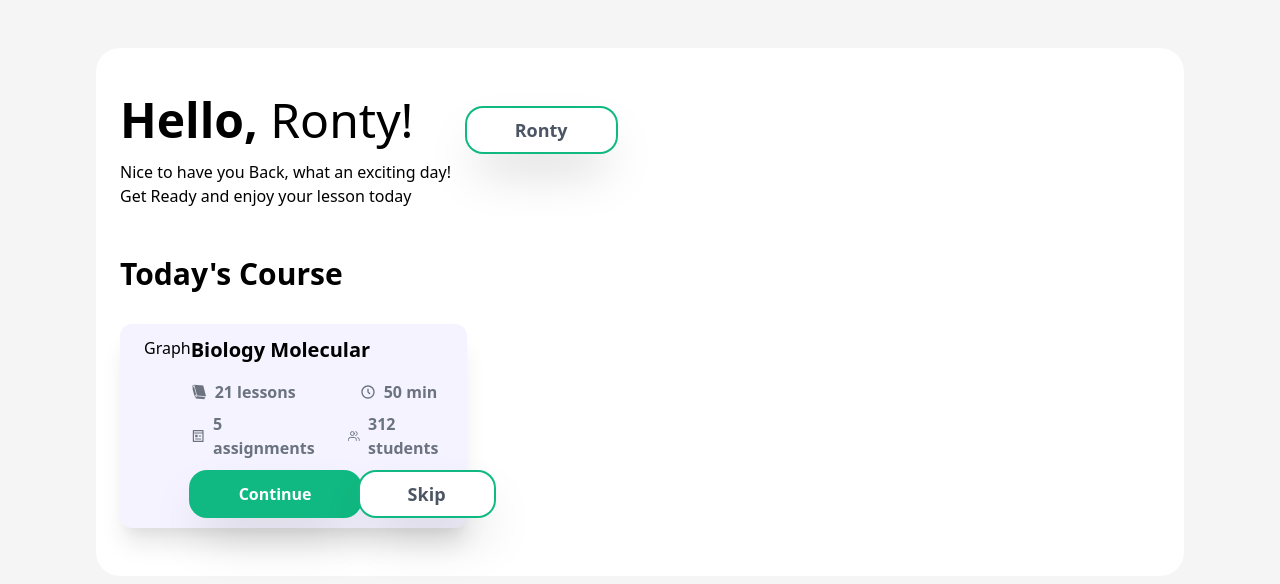
Repository: coolronts/Vite-Tailwind
Page: /
These files come from the project's save history. The page is drawn as it stood at one moment and after the next save; the edit follows.
The browser window is 1280 px wide. The pictures show the whole page.
The project was rebuilt for these pictures with package versions that can differ from the ones it lists, and the page was loaded fresh each time. Also part of the build but not shown: vite.config.js.

Above is the page before, as saved 2021-11-26 07:49:35.

After the next save:
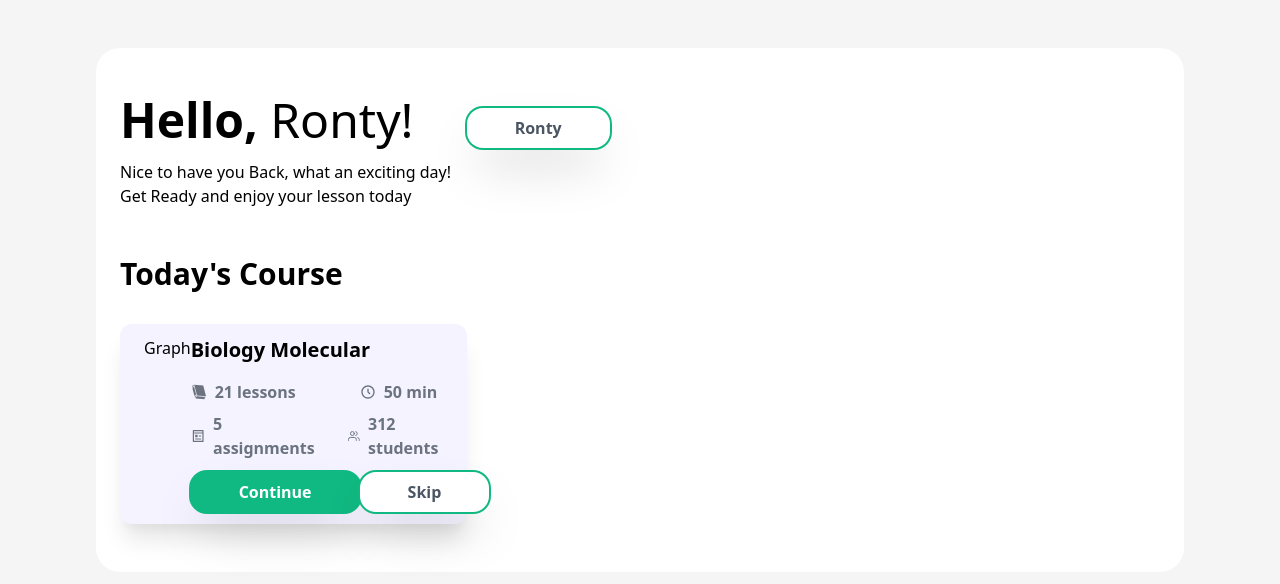
Saved 9 s later.
--- a/src/components/Button/index.jsx
+++ b/src/components/Button/index.jsx
@@ -10,7 +10,7 @@ export const PrimaryButton = ({name}) =>{
 
 export const SecondaryButton = ({name}) =>{
   return (
-    <button className="bg-white px-12 py-2 ring-2 ring-green-500 text-gray-600 text-lg font-semibold shadow-2xl rounded-2xl mt-3">
+    <button className="bg-white px-12 py-2 ring-2 ring-green-500 text-gray-600 text-md font-semibold shadow-2xl rounded-2xl mt-3">
       {name}
     </button>
   )
